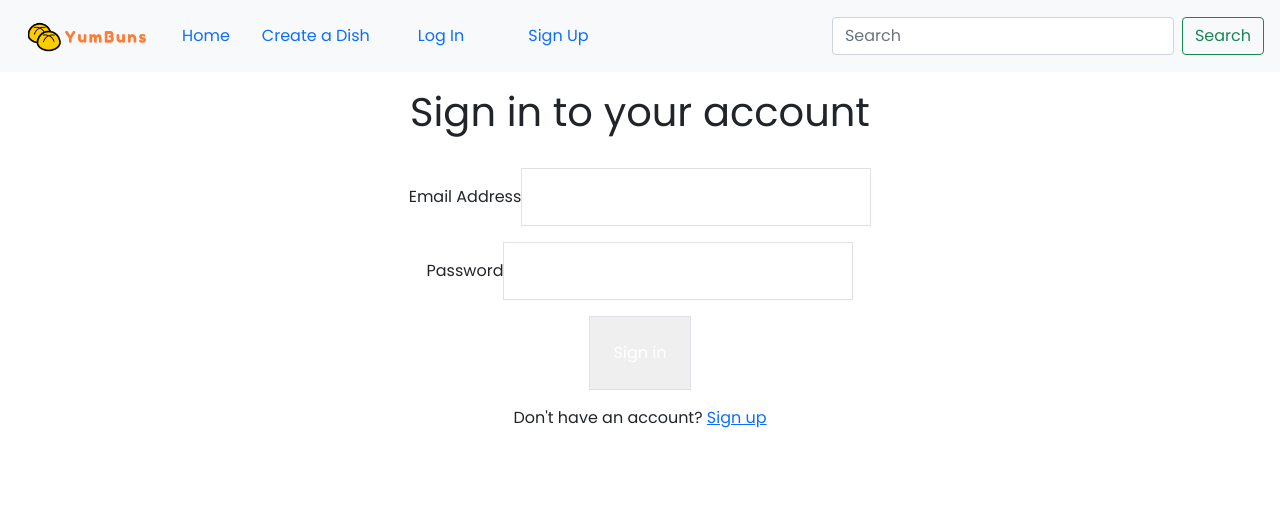
Repository: mottad14/yumBuns
Page: /login (app in client/)
These files come from the project's save history. The page is drawn as it stood at one moment and after a run of saves; the edit follows.
The browser window is 1280 px wide. The pictures show the whole page.
Some web fonts or font styles are not loaded; a fallback is used. The project was rebuilt for these pictures with package versions that can differ from the ones it lists, and the page was loaded fresh each time. Also part of the build but not shown: client/src/components/RecipePreview.js, client/src/views/Main.js, client/src/views/Create.js, client/src/views/Recipe.js, client/src/components/SubscribePop.css, client/src/components/SignUp.jsx, client/src/components/SubscribePop.js.

Above is the page before, as saved 2022-07-29 11:10:56.

### client/public/index.html
<!DOCTYPE html>
<html lang="en">
  <head>
    <meta charset="utf-8" />
    <link rel="icon" href="%PUBLIC_URL%/favicon.ico" />
    <meta name="viewport" content="width=device-width, initial-scale=1" />
    <meta name="theme-color" content="#000000" />
    <meta
      name="description"
      content="Web site created using create-react-app"
    />
    <!--
      Notice the use of %PUBLIC_URL% in the tags above.
      It will be replaced with the URL of the `public` folder during the build.
      Only files inside the `public` folder can be referenced from the HTML.

      Unlike "/favicon.ico" or "favicon.ico", "%PUBLIC_URL%/favicon.ico" will
      work correctly both with client-side routing and a non-root public URL.
      Learn how to configure a non-root public URL by running `npm run build`.
    -->
    <title>Yumbuns</title>
  </head>
  <body>
    <noscript>You need to enable JavaScript to run this app.</noscript>
    <div id="root"></div>
    <!--
      This HTML file is a template.
      If you open it directly in the browser, you will see an empty page.

      You can add webfonts, meta tags, or analytics to this file.
      The build step will place the bundled scripts into the <body> tag.

      To begin the development, run `npm start` or `yarn start`.
      To create a production bundle, use `npm run build` or `yarn build`.
    -->
  </body>
</html>

### client/src/index.js
import React from 'react';
import ReactDOM from 'react-dom';
import './index.css';
import App from './App';
import reportWebVitals from './reportWebVitals';
import {BrowserRouter} from "react-router-dom";

ReactDOM.render(
    <React.StrictMode>
      <BrowserRouter>
            <App />
      </BrowserRouter>
    </React.StrictMode>,
    document.getElementById('root')
);



// If you want to start measuring performance in your app, pass a function
// to log results (for example: reportWebVitals(console.log))
// or send to an analytics endpoint. Learn more: https://bit.ly/CRA-vitals
reportWebVitals();

### client/src/App.js
import React from 'react';
import 'bootstrap/dist/css/bootstrap.min.css';
import {Switch, Route} from "react-router-dom";
import './App.css';
import NavBar from './components/NavBar';
import Main from './views/Main';
import Login from './views/Login'
import Create from './views/Create';
import Recipe from './views/Recipe';
import SubscribePop from './components/SubscribePop';
import {useState, useEffect} from 'react'
import { AuthContextProvider } from "./contexts/AuthContext";


function App() {
  const [timedPopup, setTimedPopup] = useState (false);

  useEffect(() => {
    setTimeout(() => {
      setTimedPopup(true)
    }, 45000)
  }, [])


  return (

    <div className="App">
      <div className="">
          <NavBar/>
          <AuthContextProvider>
              <Switch>
                <Route exact path="/">
                  <Main/>
                </Route>

                <Route exact path="/login">
                  <Login/>
                </Route>

                <Route path="/view/single/:_id">
                  <Recipe/>
                </Route>

                <Route exact path="/create">
                  <Create/>
                </Route>
              </Switch>

              <SubscribePop trigger={timedPopup} setTrigger={setTimedPopup}>
              </SubscribePop>
          </AuthContextProvider>


       </div>
    </div>
  );
}

export default App;

### client/src/App.css
@import url('https://fonts.googleapis.com/css2?family=BIZ+UDGothic&family=Poppins&display=swap');

.App {
  font-family: 'BIZ UDGothic', sans-serif;
  font-family: 'Poppins', sans-serif;
  z-index: 1;
  text-align: center;
}

.recipePreview{
  border: 3px solid rgb(177, 177, 177);
  min-height: 300px;
  width: 250px;
  background-color: rgb(254, 194, 10);
  border-left-style: dotted;
  border-right-style: dotted;
  border-radius: 10%;

}

.recipePreview > img{
  width: 95%;
  border-radius: 10%;
}
.recipePreview >div{
  align-items: center;

}

.Logo{
  margin-left: 10px;
  height: 30px;
}

.sticky{
  position: sticky;
  top: 0;
  z-index: 999;
  background-color: rgb(254, 194, 10);
  border: 2px solid black;
  border-radius: 25px;
}

.thumbnailBox > img{
  height: 40px;
}

.thumbnailBox > img:hover{
  height: 125px;
}

### client/src/components/NavBar.js
import React from "react";
import { Link } from "react-router-dom"
import Nav from 'react-bootstrap/Nav';
import YumBuns from "../imgs/YumBunsLogo.png"

const NavBar = (props) => {
    return(
            <nav className="navbar navbar-expand-lg bg-light mb-3">
                <Link className="navbar-brand mx-3" to="/">  <img className="Logo" src={YumBuns} alt="Logo" /> </Link>

                <div className="collapse navbar-collapse" id="navbarSupportedContent">
                <ul className="navbar-nav me-auto mb-2 mb-lg-0">
                    <li className="nav-item">
                    <Nav.Link> <Link className="nav-link btn-outline-warning" aria-current="page" to="/">Home</Link> </Nav.Link>
                    </li>
                    <li className="nav-item">
                    <Nav.Link> <Link className="nav-link btn-outline-warning" to="/create">Create a Dish</Link> </Nav.Link>
                    </li>
                    <li className="nav-item">
                    <Nav.Link> <Link className="nav-link d-flex mx-3 btn-outline-warning" to="/login"> Log In</Link> </Nav.Link>
                    </li>
                    <li className="nav-item">
                    <Nav.Link> <Link className="nav-link d-flex mx-3 btn-outline-warning" to="/signUp"> Sign Up</Link> </Nav.Link>
                    </li>
                </ul>
                <form className="d-flex mx-3" role="search">
                    <input className="form-control me-2" type="search" placeholder="Search" aria-label="Search" />
                    <button className="btn btn-outline-success" type="submit">Search</button>
                </form>
            </div>
            </nav>
    )
}

export default NavBar;

### client/src/views/Login.js
import React, { useState } from 'react'
import { Link, useHistory } from 'react-router-dom'
import { UserAuth } from '../contexts/AuthContext'

const Signin = () => {
  const [email, setEmail] = useState('')
  const [password, setPassword] = useState('')
  const [error, setError] = useState('')
  const {signIn} = UserAuth()
  const history = useHistory();

  const handleSubmit = (e) =>{
    e.preventDefault();
    setError('')
    try{
      signIn(email, password)
      console.log("You are now signed in.")
      history.push('/')
    } catch(e){
      setError(e.message)
      console.log(error)
    }
  }

  return (
    <div>
      <div className='text-center mb-4'>

          <div>
              <h1 className='text-center mb-4'>Sign in to your account</h1>
          </div>

          <form onSubmit={handleSubmit}>
              <div className='flex flex-col py-2'>
                <label className='py-2 font-medium' htmlFor=""> Email Address</label>
                <input onChange={(e)=>setEmail(e.target.value)} className='border p-3' type="email"/>
              </div>
              <div className='flex flex-col py-2'>
                <label className='py-2 font-medium' htmlFor=""> Password</label>
                <input onChange={(e)=> setPassword(e.target.value)} className='border p-3' type="password"/>
              </div>
              <button className='border border-blue-500 bg-blue-600 hover:bg-blue-500 w-full p-4 my-2 text-white'>Sign in</button>
          </form>
              <p className='py-2'>
                Don't have an account? <Link to="/signup" className='underline'> Sign up </Link>
              </p>

        </div>

    </div>

  )
}

export default Signin

### client/src/contexts/AuthContext.js
import { createContext, useContext, useEffect, useState } from "react";
import {createUserWithEmailAndPassword,
    signInWithEmailAndPassword,
    signOut,
    onAuthStateChanged}
    from "firebase/auth"
import { auth } from "../firebase";

const UserContext = createContext();

export const AuthContextProvider = ({children}) => {
    const [user, setUser] = useState({})

    const createUser = (email, password) => {
        return (createUserWithEmailAndPassword(auth, email, password))
    }

    const signIn = (email, password) => {
        return signInWithEmailAndPassword(auth, email, password)
    }

    const logout = () =>{
        return signOut(auth);
    }

    useEffect (() => {
        const unsubscribe = onAuthStateChanged(auth, (currentUser) => {
            console.log(currentUser)
            setUser(currentUser)
        })
        return (() => {
            unsubscribe()
        })
    }, [])

    return (
        <UserContext.Provider value={{ createUser, user, signIn, logout }}>
            {children}
        </UserContext.Provider>
    )
}

export const UserAuth = () =>{
    return useContext(UserContext)
}

### client/src/firebase.js
// Import the functions you need from the SDKs you need
import { initializeApp } from "firebase/app";
import { getAuth } from "firebase/auth";
// TODO: Add SDKs for Firebase products that you want to use
// https://firebase.google.com/docs/web/setup#available-libraries

// Your web app's Firebase configuration
console.log(`The current api key is: ${process.env.REACT_APP_FIREBASE_API_KEY}`)
const firebaseConfig = {
  apiKey: process.env.REACT_APP_FIREBASE_API_KEY,
  authDomain: process.env.REACT_APP_FIREBASE_AUTH_DOMAIN,
  projectId: process.env.REACT_APP_FIREBASE_PROJECT_ID,
  storageBucket: process.env.REACT_APP_FIREBASE_STORAGE_BUCKET,
  messagingSenderId: process.env.REACT_APP_FIREBASE_MESSAGING_SENDER_ID,
  appId: process.env.REACT_APP_FIREBASE_APP_ID,
  measurementId: process.env.REACT_APP_FIREBASE_MEASUREMENT_ID
};

// Initialize Firebase
const app = initializeApp(firebaseConfig);
export const auth = getAuth(app);
export default app;

Loaded but not shown: client/src/index.css (common file); client/src/reportWebVitals.js (common file)

After the next 3 saves:
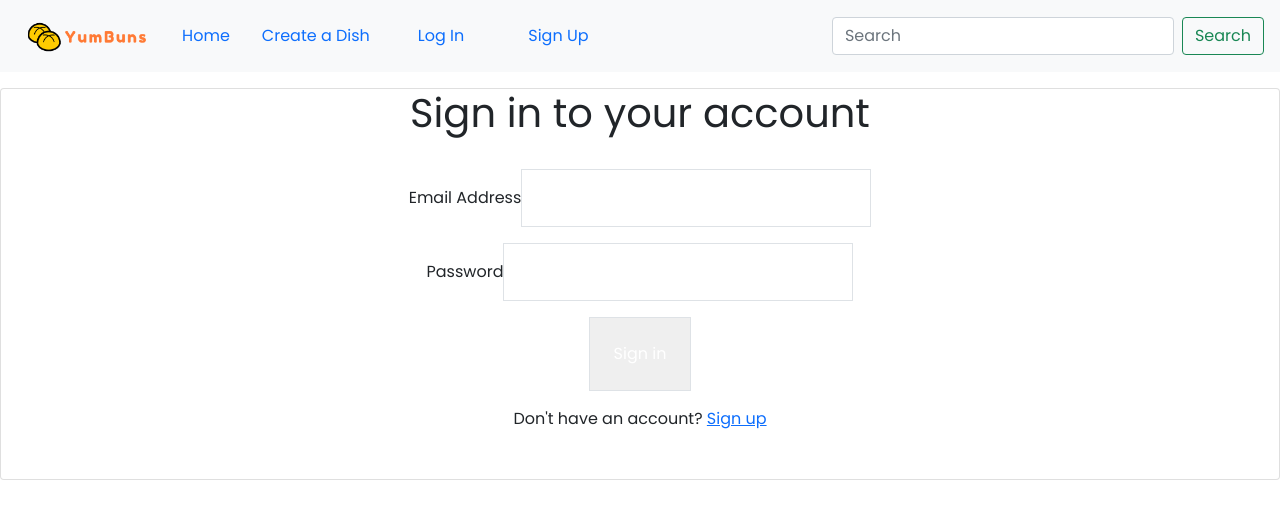
The 3 saves are shown as one change because 1 did not build or start and some came seconds apart.
The last was saved 45 s later.
--- a/client/src/views/Login.js
+++ b/client/src/views/Login.js
@@ -1,5 +1,6 @@
 import React, { useState } from 'react'
 import { Link, useHistory } from 'react-router-dom'
+import {Form, Button, Card, Alert} from "react-bootstrap"
 import { UserAuth } from '../contexts/AuthContext'
 
 const Signin = () => {
@@ -23,7 +24,7 @@ const Signin = () => {
   }
 
   return (
-    <div>
+    <Card>
       <div className='text-center mb-4'>
 
           <div>
@@ -47,7 +48,7 @@ const Signin = () => {
 
         </div>
 
-    </div>
+    </Card>
 
   )
 }
